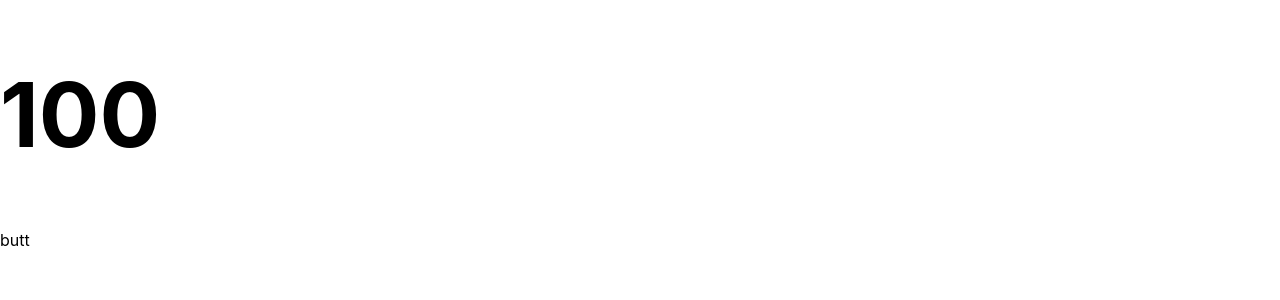
Repository: Afraz13/Emoboo
Page: /
An editor plug-in stored every save of this project. The page is shown before and after a run of saves, followed by the edit.
The browser window is 1280 px wide. The pictures show the whole page.
The project was rebuilt for these pictures with package versions that can differ from the ones it lists, and the page was loaded fresh each time. Also part of the build but not shown: src/App.css.

Above is the page before, as saved 2024-08-15 12:22:04.

### src/index.js
import React from 'react';
import ReactDOM from 'react-dom/client';
import './index.css';
import App from './App';
// import '../src/bootstrap.min (4).css'


const root = ReactDOM.createRoot(document.getElementById('root'));
root.render(
  <React.StrictMode>
    <App />
  </React.StrictMode>
);

### src/App.js

import './App.css';
import Counter from './compontent/Counter'

function App() {
  return (
    <div className="App">

      <Counter/>
    </div>
  );
}

export default App;

### src/compontent/Counter.jsx
import React from 'react'

function Counter() {
  return (
    <div className='d-flex justify-content-center align-items-center w-100 mt-5 flex-column'>
        <h1 style={{fontSize:'90px'}}>100</h1>
        <div className='mt-5'>
            butt

        </div>

    </div>
  )
}

export default Counter

Loaded but not shown: public/index.html (common file); src/index.css (common file)

After the next 3 saves:
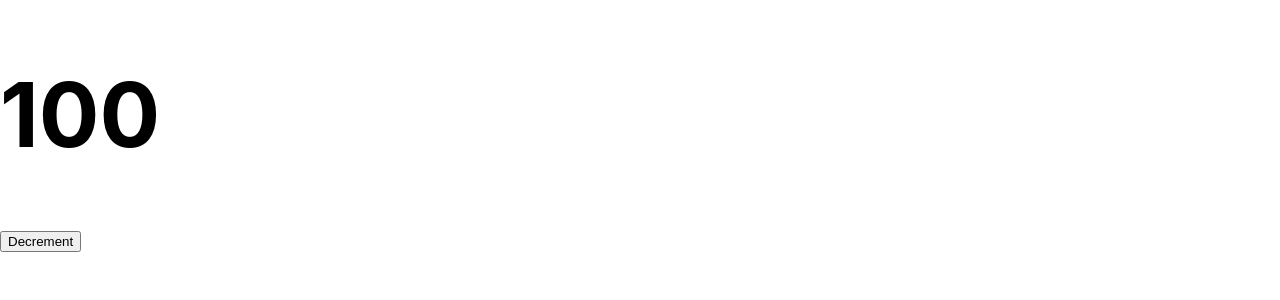
The 3 saves are shown as one change because they came seconds apart.
The last was saved 9 s later.
--- a/src/compontent/Counter.jsx
+++ b/src/compontent/Counter.jsx
@@ -5,7 +5,7 @@ function Counter() {
     <div className='d-flex justify-content-center align-items-center w-100 mt-5 flex-column'>
         <h1 style={{fontSize:'90px'}}>100</h1>
         <div className='mt-5'>
-            butt
+            <button>Decrement</button>
 
         </div>
 
